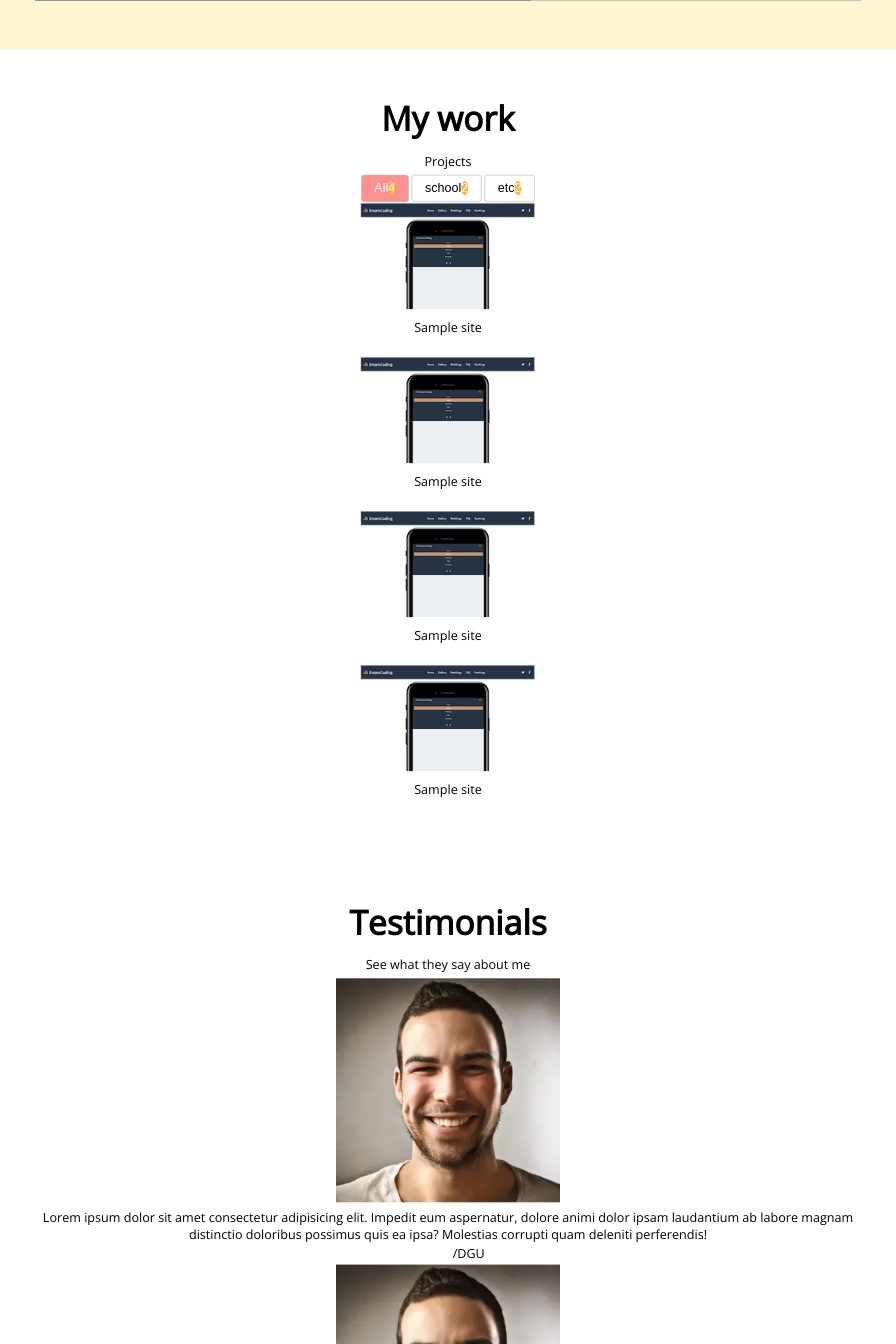
Repository: DongjaJ/portfolio
Page: index.html
The author's editor kept a copy of each file at every save. The page is drawn from the files as they stood at one save, then again after the next save.
The browser window is 1280 px wide. The pictures show the part of the page from y = 2171 to 4091 px (the page is 4734 px tall before and 4737 px after), at 70% of full size.
Some web libraries are served in a nearby version.

Above is the page before, as saved 2022-05-23 16:01:52.

After the next save:
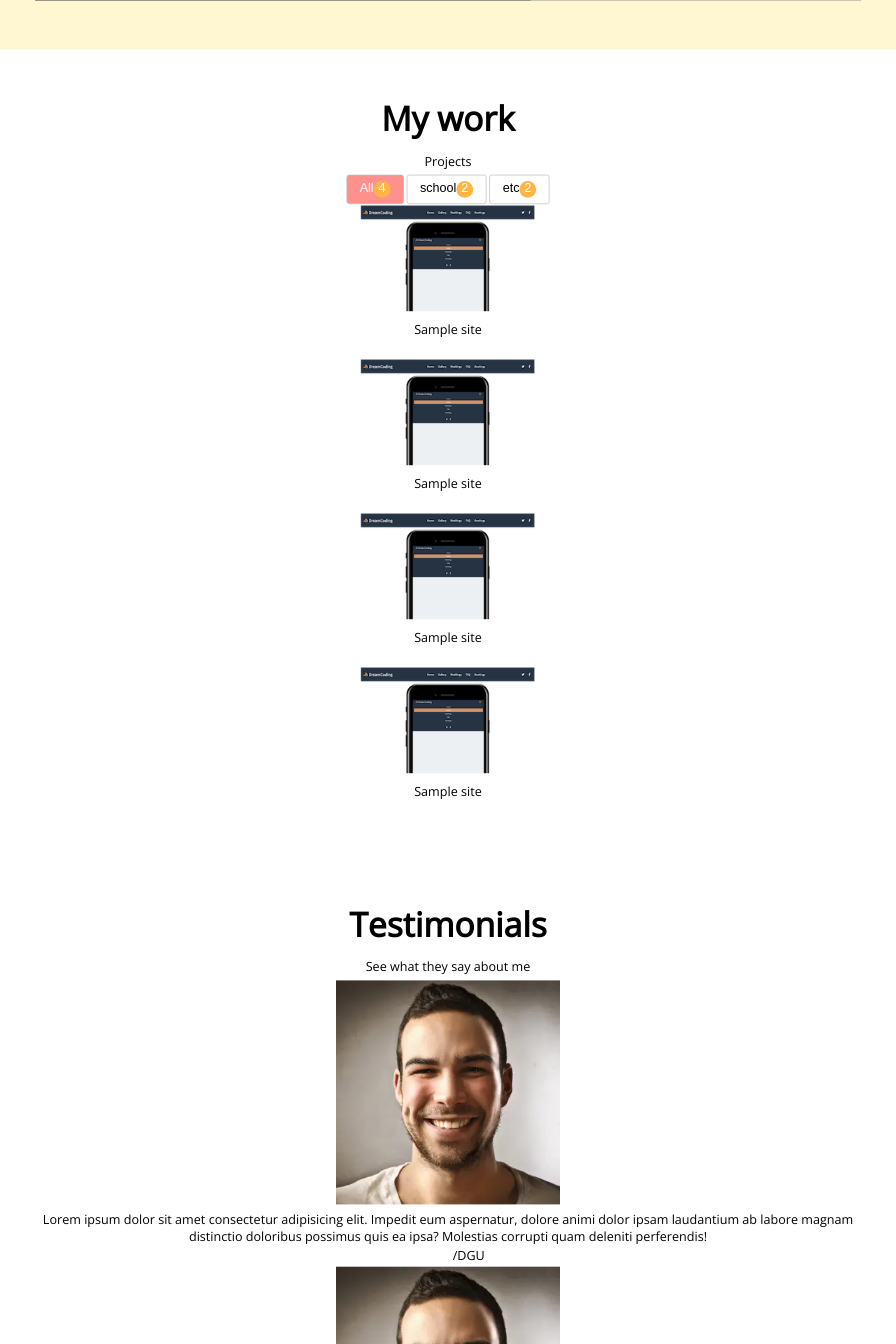
Saved 53 s later.
--- a/style.css
+++ b/style.css
@@ -297,4 +297,7 @@
 	background-color: var(--color-orange);
 	border-radius: 50%;
 	color: var(--color-white);
-}
+	width: 24px;
+	height: 24px;
+	display: inline-block;
+}
